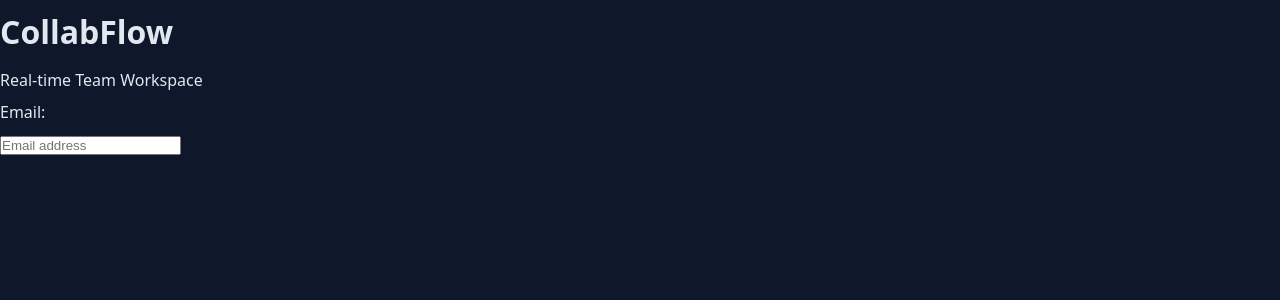
Repository: Lovethrech/collabflow
Page: /
An editor plug-in stored every save of this project. The page is shown before and after a run of saves, followed by the edit.
The browser window is 1280 px wide. The pictures show the whole page.
The project was rebuilt for these pictures with package versions that can differ from the ones it lists, and the page was loaded fresh each time. The framework's server and built-in components were replaced by stand-ins that run in the browser. Also part of the build but not shown: nuxt.config.ts.

Above is the page before, as saved 2026-05-20 19:10:45.

### app/assets/css/main.css
:root {
    --primary: #6366f1;
    --primary-dark: #4f46e5;
    --bg: #0f172a;
    --card: #1e2937;
    --card-hover: #334155;
    --text: #e2e8f0;
    --text-light: #94a3b8;
    --border: #475569;
}

* {
    margin: 0;
    padding: 0;
    box-sizing: border-box;
    outline: 0;
    text-decoration: none;
}

body {
    font-family: system-ui, -apple-system, BlinkMacSystemFont, 'Segoe UI', Roboto, sans-serif;
    background-color: var(--bg);
    color: var(--text);
    line-height: 2;
}

.container {
    max-width: 1280px;
    margin: 0 auto;
    padding: 0 20px;
}

/* Basic button styles */
.btn {
    padding: 10px 20px;
    border: none;
    border-radius: 8px;
    font-weight: 600;
    cursor: pointer;
    transition: all 0.2s;
}

.btn-primary {
    background: var(--primary);
    color: white;
}

.btn-primary:hover {
    background: var(--primary-dark);
}

### app/app.vue
<script setup>
useHead({
  meta: [
    { name: 'viewport', content: 'width=device-width, initial-scale=1' }
  ],
  link: [
    { rel: 'icon', href: '/favicon.ico' }
  ],
  htmlAttrs: {
    lang: 'en'
  }
})

const title = 'Chel CollabFlow'
const description = ''

useSeoMeta({
  title,
  description,
  ogTitle: title,
  ogDescription: description,
  ogImage: 'https://ui.nuxt.com/assets/templates/nuxt/starter-light.png',
  twitterCard: 'summary_large_image'
})
</script>

<template>
  <div id="app">
      <main>
        <NuxtPage />
      </main>
  </div>
</template>

### app/pages/index.vue
<script setup>
const title = 'Auth | Chel CollabFlow'
const description = ''

useSeoMeta({
    title,
    description
})
</script>

<template>
    <div class="auth-page">
        <div class="auth-card">
            <h1>CollabFlow</h1>
            <p class="title-desc">
                Real-time Team Workspace
            </p>
            <form @submit.prevent="">
                <div class="auth-form-label-and-input-ctn">
                    <label for="email">
                        Email:
                    </label>

                </div>
                <input
                    v-model="email"
                    type="email"
                    placeholder="Email address"
                    requires
                />
            </form>
        </div>
    </div>
</template>

After the next 3 saves:
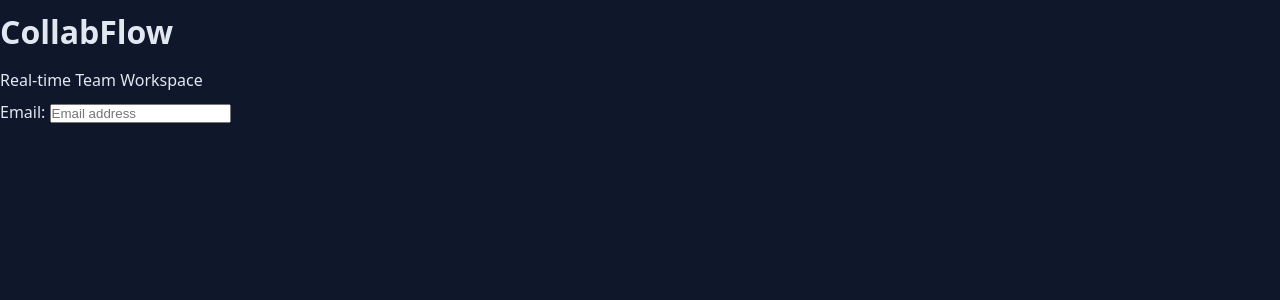
The 3 saves are shown as one change because they came seconds apart.
The last was saved 9 s later.
--- a/app/pages/index.vue
+++ b/app/pages/index.vue
@@ -20,14 +20,14 @@
                     <label for="email">
                         Email:
                     </label>
+                    <input
+                        v-model="email"
+                        type="email"
+                        placeholder="Email address"
+                        requires
+                    />
+                </div>
 
-                </div>
-                <input
-                    v-model="email"
-                    type="email"
-                    placeholder="Email address"
-                    requires
-                />
             </form>
         </div>
     </div>
